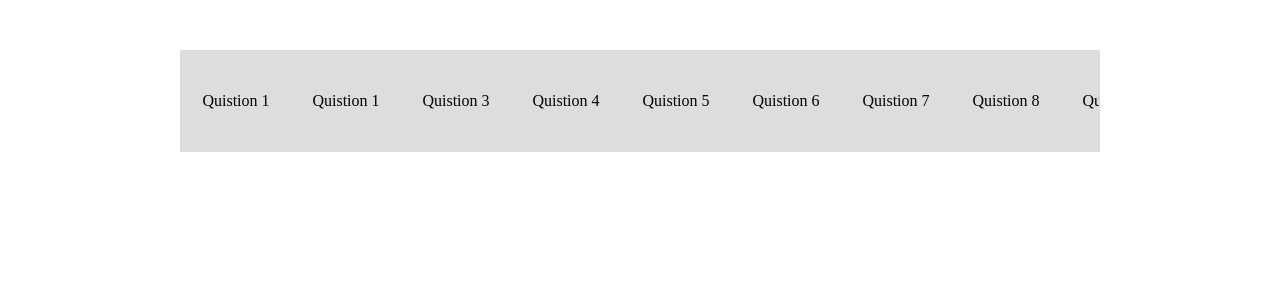
Repository: special4Party/Graduation-project-wedding-hall
Page: include/temp/test.html
An editor plug-in stored every save of this project. The page is shown before and after the next save, followed by the edit.
The browser window is 1280 px wide. The pictures show the whole page.

Above is the page before, as saved 2022-04-29 23:57:02.

After the next save:
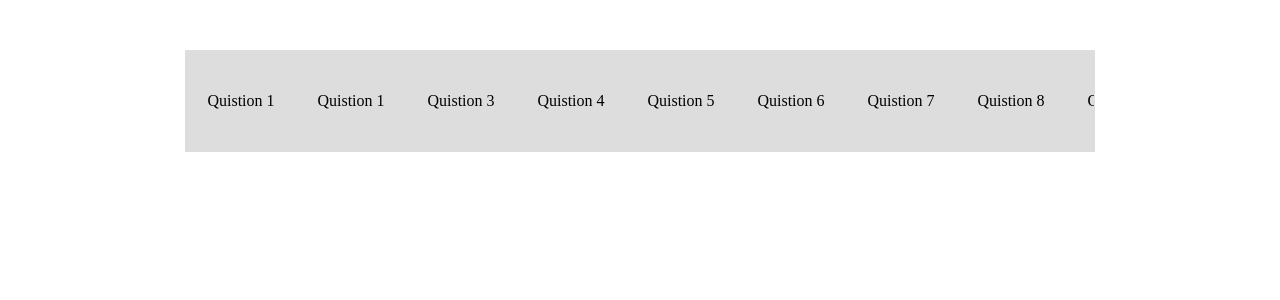
Saved 8 s later.
--- a/layout/css/test.css
+++ b/layout/css/test.css
@@ -4,7 +4,7 @@
     box-sizing: border-box;
 }
 .container{
-    padding: 50px 180px;
+    padding: 50px 185px;
 }
 .wrapper{
     max-height: 120px;
